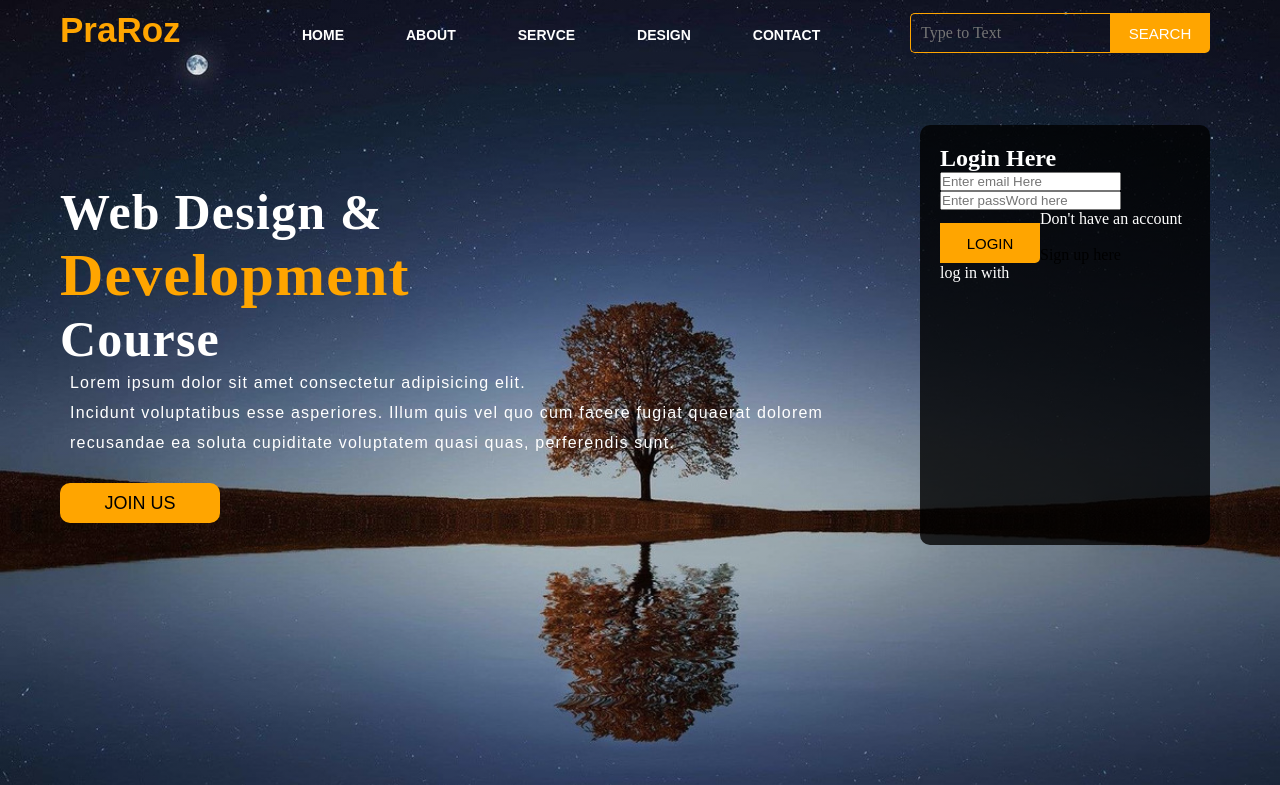
Repository: HuynhDuc23/project3
Page: index.html
An editor plug-in stored every save of this project. The page is shown before and after the next save, followed by the edit.
The browser window is 1280 px wide. The pictures show the whole page.

Above is the page before, as saved 2023-05-04 15:44:43.

After the next save:
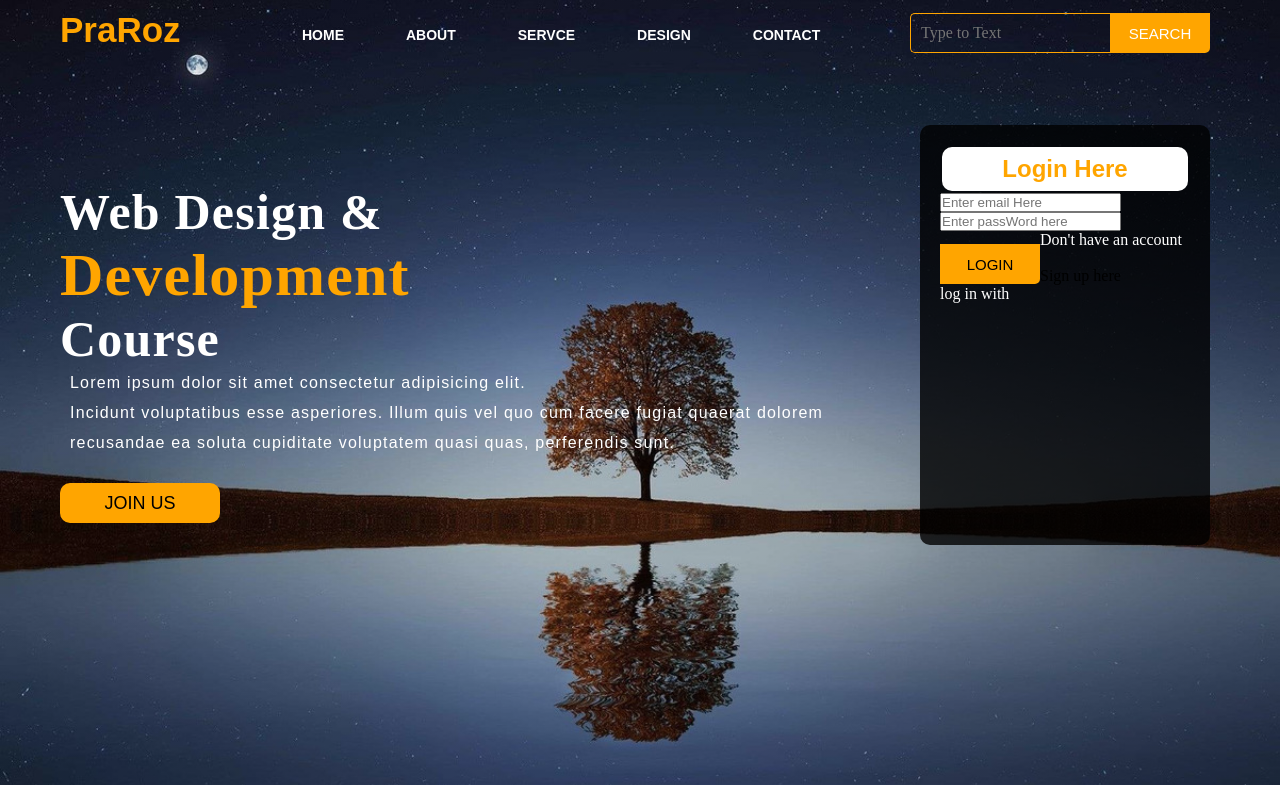
Saved 2 min 19 s later.
--- a/style.css
+++ b/style.css
@@ -162,3 +162,13 @@ ul li a:hover {
     padding: 20px;
 
 }
+.form h2 {
+    padding: 8px;
+    font-family: sans-serif;
+    text-align: center;
+    color: orange;
+    background-color: white;
+    border-radius: 10px;
+    margin: 2px;
+
+}
